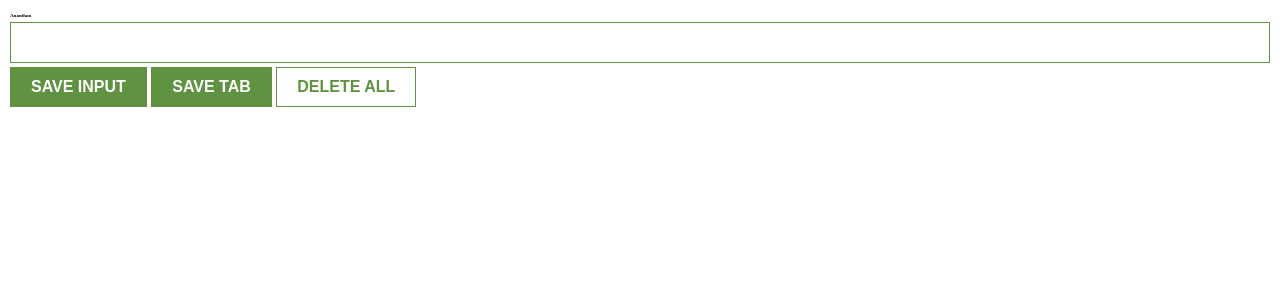
Repository: ananthantharma/Chrome-Extension
Page: index.html
The author's editor kept a copy of each file at every save. The page is drawn from the files as they stood at one save, then again after the next save.
The browser window is 1280 px wide. The pictures show the whole page.

Above is the page before, as saved 2022-07-20 23:12:08.

After the next save:
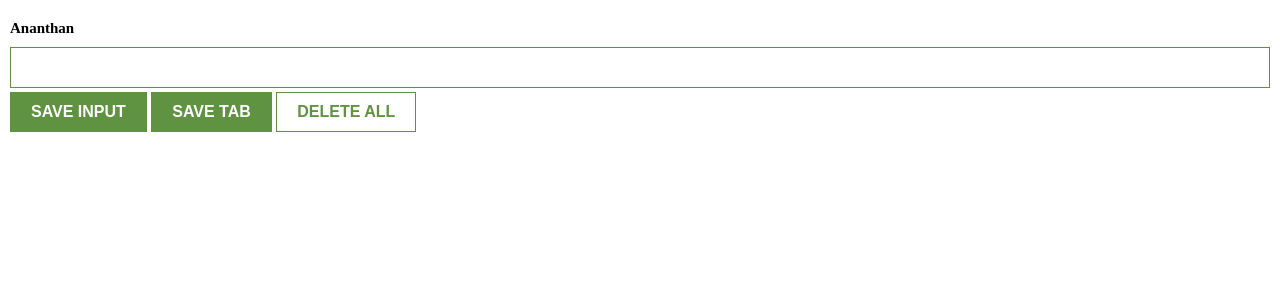
Saved 5 s later.
--- a/index.css
+++ b/index.css
@@ -6,7 +6,7 @@ body {
 }
 h1{
     font-family: 'Brush Script MT', cursive;
-    font-size:5px;
+    font-size:15px;
 }
 input {
     width: 100%;
